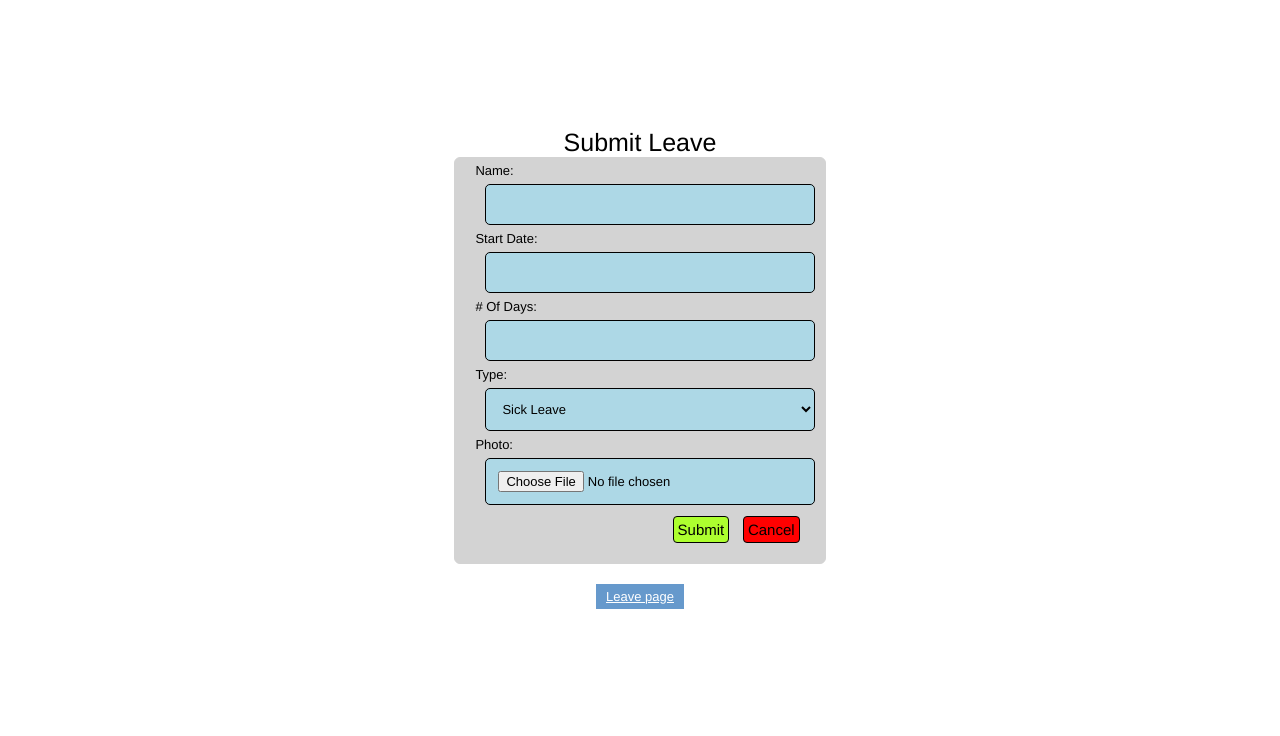
Repository: Murad71/BasicCRUD
Page: index.html
The author's editor kept a copy of each file at every save. The page is drawn from the files as they stood at one save, then again after the next save.
The browser window is 1280 px wide. The pictures show the whole page.

Above is the page before, as saved 2023-04-18 21:23:05.

### index.html
<!DOCTYPE html>
<html lang="en">
  <head>
    <meta charset="UTF-8" />
    <meta http-equiv="X-UA-Compatible" content="IE=edge" />
    <meta name="viewport" content="width=device-width, initial-scale=1.0" />
    <link rel="stylesheet" href="index.css" />
    <title>Leave Request</title>
  </head>
  <body>
    <div class="flex1">
      <form id="form1">
        <header>Submit Leave</header>
        <div class="container">
          <label for="name">Name:</label>
          <input type="text" id="name" name="name" />
          <br />
          <label for="startdate">Start Date:</label>
          <input type="text" id="startdate" name="startdate" />
          <br />
          <label for="days"># Of Days:</label>
          <input type="text" id="days" name="days" />
          <br />
          <label for="leaves">Type:</label>
          <select id="leave" name="leaves" required>
            <option value="Sick leave">Sick Leave</option>
            <option value="Early leave">Early Leave</option>
            <option value="Vacation leave">Vacation Leave</option>
            <option value="Other">Other</option>
          </select>
          <br />
          <label for="photo">Photo:</label>
          <input type="file" id="photo" name="photo"/>
          <div class="button-container">
            <input type="submit" value="Submit" id="submitButton"/>
            <input type="reset" value="Cancel" class="cancel" />
          </div>
        </div>
      </form>
      <div class="anchorContainer">
        <a href="index1.html"> Leave page</a>
        <!--Added the hyperlink here-->
      </div>
    </div>
    <script src="script.js"></script>
  </body>
</html>

### index.css
* {
  box-sizing: border-box;
  font-family: "Franklin Gothic Medium", "Arial Narrow", Arial, sans-serif;
  font-size: small;
}

.flex1
{
  align-items: center;
  display: flex;
  justify-content: center;
  height: 100vh;
  flex-direction: column;
}

.container {
  background-color: lightgray;
  padding: 5px 20px 15px 20px;
  border: 1px solid lightgray;
  border-radius: 6px;
  flex-direction: column;
  margin-bottom: 20px;
  width: 100%;
}

header {
  font-size: 25px;
  text-align: center;
}

input[type="text"],
input[type="file"],
select,
textarea {
  width: 100%;
  padding: 12px;
  margin: 6px;
  border: 1px solid;
  border-radius: 5px;
  margin-left: 10px;
  background-color: lightblue;
}

.button-container {
  text-align: right;
}

input[type="submit"],
input[type="reset"] {
  font-size: 15px;
  border: 1px solid;
  margin: 5px;
  padding: 4px;
  background-color: greenyellow;
  border-radius: 4px;
}

input[type="reset"].cancel {
  background-color: red;
}

.anchorContainer {
   align-items: end;
}

a {
  display: inline-block;
  background: #69c;
  color: #fff;
  padding: 5px 10px;
}

### script.js
let storage=JSON.parse(localStorage.getItem('store')) || [];
let index=JSON.parse(localStorage.getItem('rIndex')) || null;
const submitButtonCatch=document.getElementById("submitButton");
const img= new Image();

//after clicking the submit button
submitButtonCatch.addEventListener("click",() =>{
    const form=document.getElementById("form1");
    let object={};
    let flag=true;

    object["id"]= Date.now();
    for(let i=0;i<form.length;i++)
    {
        if(form.elements[i].name=="photo")
        {
            object[form.elements[i].name]= img.src;
        }
        else
        {
            object[form.elements[i].name]=form.elements[i].value;
        }
        if(form.elements[i].value=='')
        {
            flag=false;
            alert("WARNING: Fill all the given Input correctly.");
            break;
        }
        if(form.elements[i].name=="days" && (form.elements[i].value>7 || form.elements[i].value<1))
        {
            flag=false;
            alert("WARNING: Enter a valid number for vacation");
            break;
        }
    }

    if(flag)
    {
        alert("Your data has been submitted Successfully!!");
        if(index!=null)
        {
            storage[index]=object;
            index=null;
        }
        else storage.push(object);


        localStorage.setItem('store',JSON.stringify(storage));
        localStorage.setItem('rIndex',JSON.stringify(index));
        form.reset();
    }
});


//base64 conversion
const fileEl= document.getElementById('photo');
fileEl.addEventListener('change', () =>{

    const fr= new FileReader();
    fr.readAsDataURL(fileEl.files[0]);

    fr.addEventListener('load', ()=>{

        const url= fr.result;
        img.src= url;

    });

});


console.log(storage);



// let submitButtonClicked=document.getElementById("submitButton");
// let indx=0;
// let flag= true;
// let obj={};

// submitButtonClicked.addEventListener('click',() =>{

//     const form= document.getElementById('form1');
//     obj["id"]= indx;
//     indx++;
//     for(let i=0; i<form.length; i++)
//     {
//         obj[form.elements[i].name]=form.elements[i].value;
//         if(form.elements[i].value=='')
//         {
//             flag=false;
//             alert("WARNING: Fill all the given Input correctly.");
//             break;
//         }
//         if(form.elements[i].name=="days" && (form.elements[i].value>7 || form.elements[i].value<1))
//         {
//             flag=false;
//             alert("WARNING: Enter a valid number for vacation");
//             break;
//         }
//     }

//     if(flag)
//     {
//         alert("Data entered successfully!");
//         insertData();
//     }

// });


// function intertData()
// {
//     const table = document.getElementsByClassName("tbody1")[0];
//           var row=document.createElement('tr');
//            row.innerHTML = `<td>${obj.name}</td>
//                 <td>${obj.startdate}</td>
//                 <td>${obj.days}</td>
//                 <td>${obj.leaves}</td>
//                 <td><img id="img" src=${obj.photo} alt=""></td>
//                 <td><a href="index.html" id="edit">Edit</a> <input type='button' value= 'Reject' name=${obj.id} id="reject"/></td>`;
//             table.appendChild(row);
// }

After the next save:
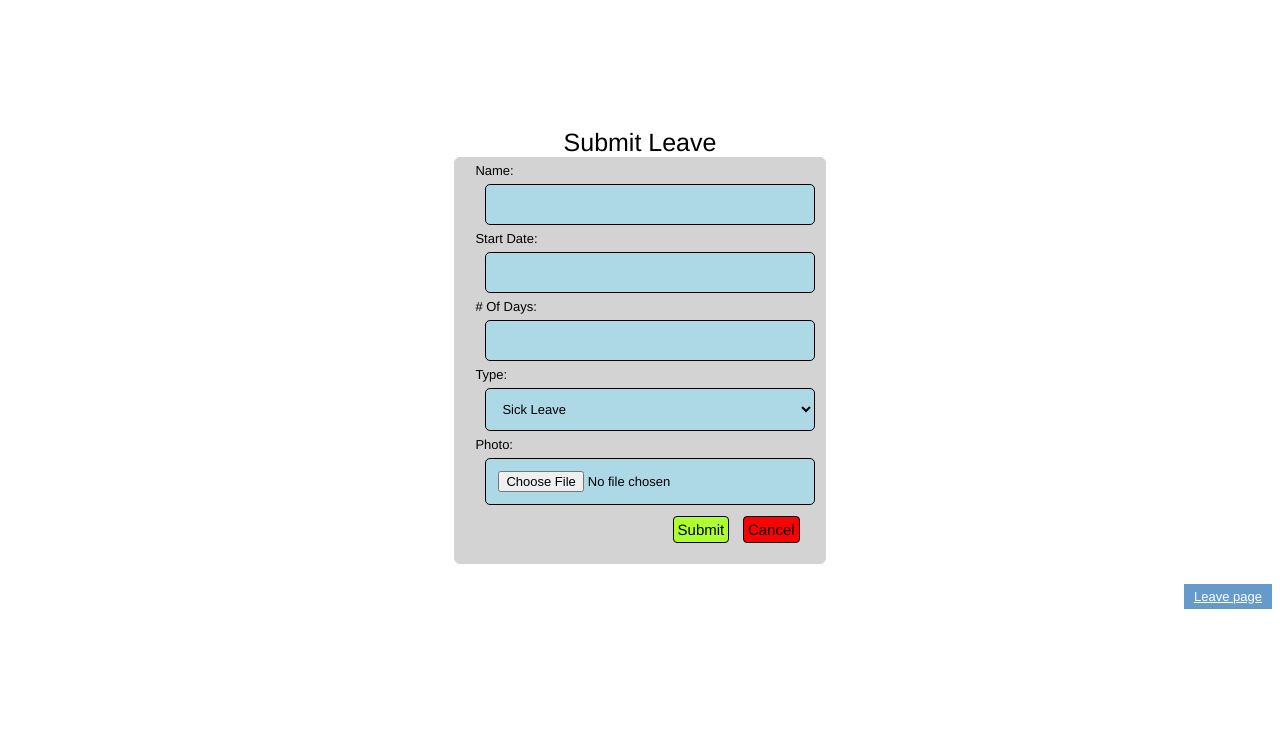
Saved 54 s later.
--- a/index.css
+++ b/index.css
@@ -60,7 +60,8 @@ input[type="reset"].cancel {
 }
 
 .anchorContainer {
-   align-items: end;
+  text-align: right;
+  margin-left: auto;
 }
 
 a {

After the save that followed:
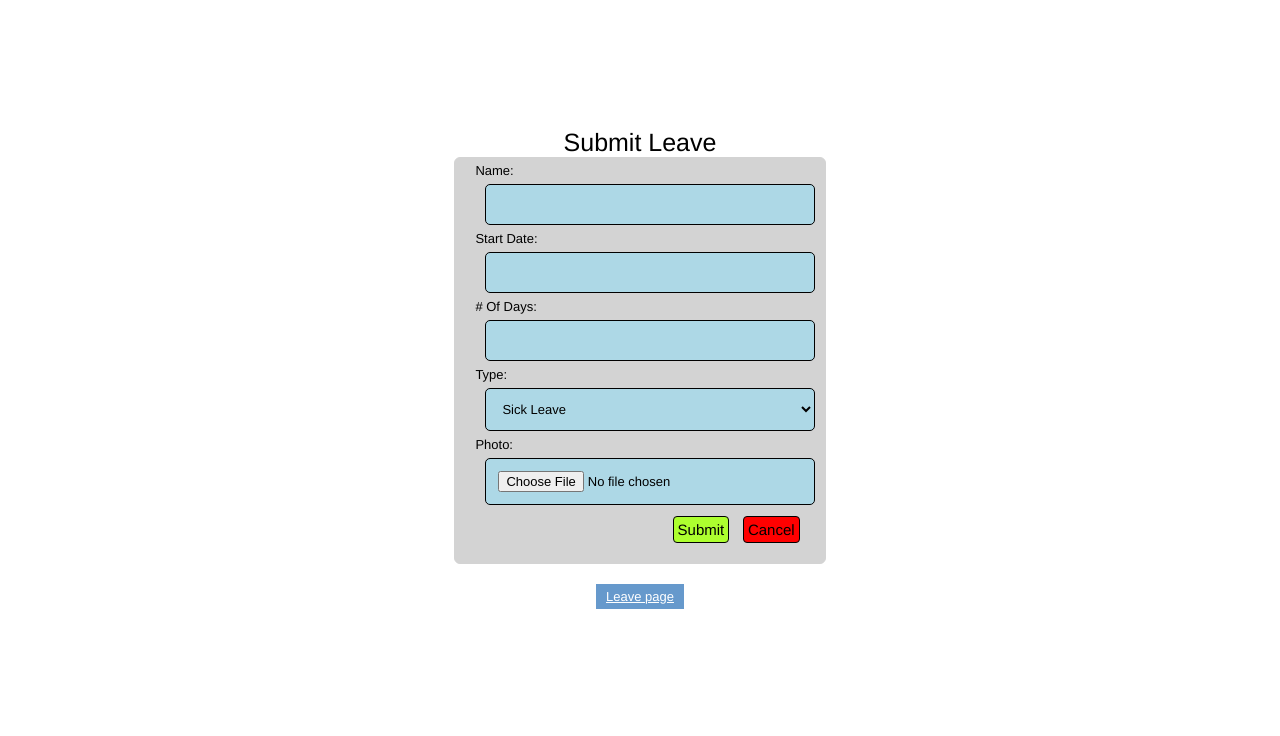
Saved 7 s later.
--- a/index.css
+++ b/index.css
@@ -61,7 +61,7 @@ input[type="reset"].cancel {
 
 .anchorContainer {
   text-align: right;
-  margin-left: auto;
+
 }
 
 a {
